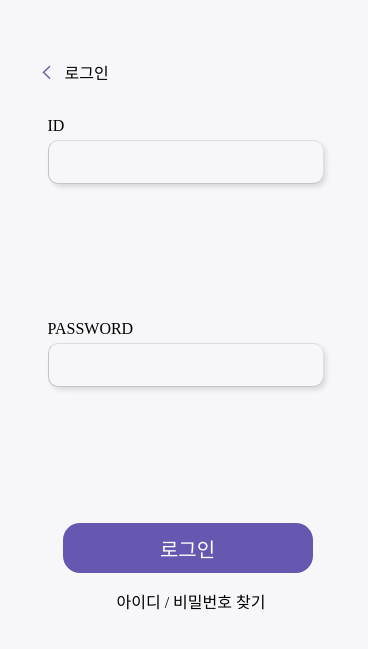
Repository: PEPI-dev/UI
Page: login/login.html
These files come from the project's save history. The page is drawn as it stood at one moment and after the next save; the edit follows.
The browser window is 360 px wide. The page is 368 px wide, so the pictures cover 368 px, including what lies to the right of the window. The pictures show the whole page.
Some web fonts or font styles are not loaded; a fallback is used.

Above is the page before, as saved 2023-12-04 17:12:09.

### login/login.html
<!DOCTYPE html>
<html lang="en">
<head>
    <meta charset="UTF-8">
    <meta name="viewport" content="width=device-width, initial-scale=1.0">
    <title>Login</title>
    <link rel="stylesheet" href="./login.css">
    <link rel ="stylesheet" type="text/css" href="../a_XEIcon-2.2.0/xeicon.min.css">
</head>
<body>

    </div>
    <form action="#">
        <div id="div_back"><i class="xi-angle-left" id="back"></i><p id="txt_login">로그인</p></div>
        <p class="input_form"><label for="ID" class="txt_input">ID</label><input class="field" id="ID"></input></p>
        <p class="input_form"><label for="password" class="txt_input">PASSWORD</label><input class="field" id="password" type="password" ></input></p>
        <button id="login">로그인</button>
        <p class="find_id">아이디 / 비밀번호 찾기</p>
    </form>

</body>
</html>

### login/login.css
@font-face {
    font-family: 'main_font';
    src: url(../a_font/NotoSansKR-VariableFont_wght.ttf);
    font-weight: 500;
}

@font-face {
    font-family: 'sub_font';
    src: url(../a_font/SEBANG/SEBANG\ Gothic.ttf);
}

/* 바디 */
body {
    width: 100%;
    background-color: #F7F7F9;
    display: flex;
    flex-direction: column;
    align-items: center;
}

/* 뒤로가기 버튼 */
.xi-angle-left {
    color: #6658B1;
}

#text_login {
    font-family: 'main_font';
}

#div_back {
    display: flex;
    align-items: center;
    margin-bottom: 10px;
}

#back {
    border: none;
    background: none;
    cursor: pointer;
    margin-right: 10px;
}

/* 입력폼 */

.input_form {
    display: flex;
    flex-direction: column;
    align-items: flex-start;
}

.txt_input {
    margin-bottom: 5px;
}

#login {
    background-color: #6658B1;
    color: white;
    border: 1px solid #E1E1E1;
    font-family: 'main_font';
    font-size: 20px;
    font-weight: 500;
    border-radius: 17px;
    border: 0px;
    width: 277px;
    height: 50px;
}

.field {
    width: 270px;
    height: 40px;
    border-radius: 10px;
    box-shadow: 3px 3px 5px rgba(0, 0, 0, 0.12);
    background-color: #F7F7F9;
    border-width: 0;
    outline: none;
    border: none;
    border-top: 0.2px solid rgba(0, 0, 0, 0.1);
    border-left: 0.5px solid rgba(0, 0, 0, 0.2);
    border-bottom: 0.5px solid rgba(0, 0, 0, 0.2);
}

@media screen and (max-width: 360px) {

    /* 바디 */
    body {
        height: auto;
    }


    /* 뒤로가기 */

    #text_login {
        margin-left: 10px;
    }

    #div_back {
        padding: 1px;
        margin-top: 35px;
    }


    /* 입력폼 */

    .input_form {
        display: flex;
        flex-direction: column;
        align-items: flex-start;
        margin-left: 10px;
        width: 291px;
    }


    #ID,
    #password {
    margin-bottom: 120px;
    }

    #login {
        width: 250px;
        height: 50px;
        margin-left: 25px;
    }

    .txt_input {
        margin-bottom: 5px;
    }

    .find_id {
        font-family: 'main_font';
        margin-left: 79px;
    }
}

Loaded but not shown: a_XEIcon-2.2.0/xeicon.min.css (library)

After the next save:
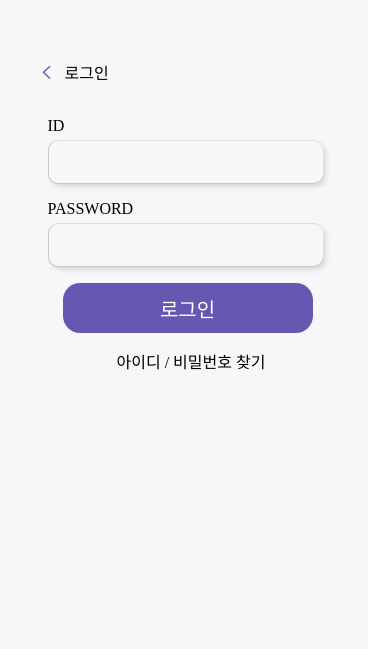
Saved 39 s later.
--- a/login/login.css
+++ b/login/login.css
@@ -110,11 +110,6 @@ body {
     }
 
 
-    #ID,
-    #password {
-    margin-bottom: 120px;
-    }
-
     #login {
         width: 250px;
         height: 50px;

After the save that followed:
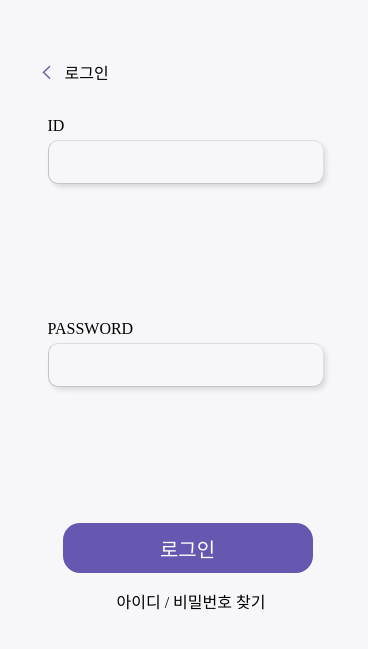
Saved 4 s later.
--- a/login/login.css
+++ b/login/login.css
@@ -109,6 +109,10 @@ body {
         width: 291px;
     }
 
+    #ID,
+    #password {
+    margin-bottom: 120px;
+    }
 
     #login {
         width: 250px;
